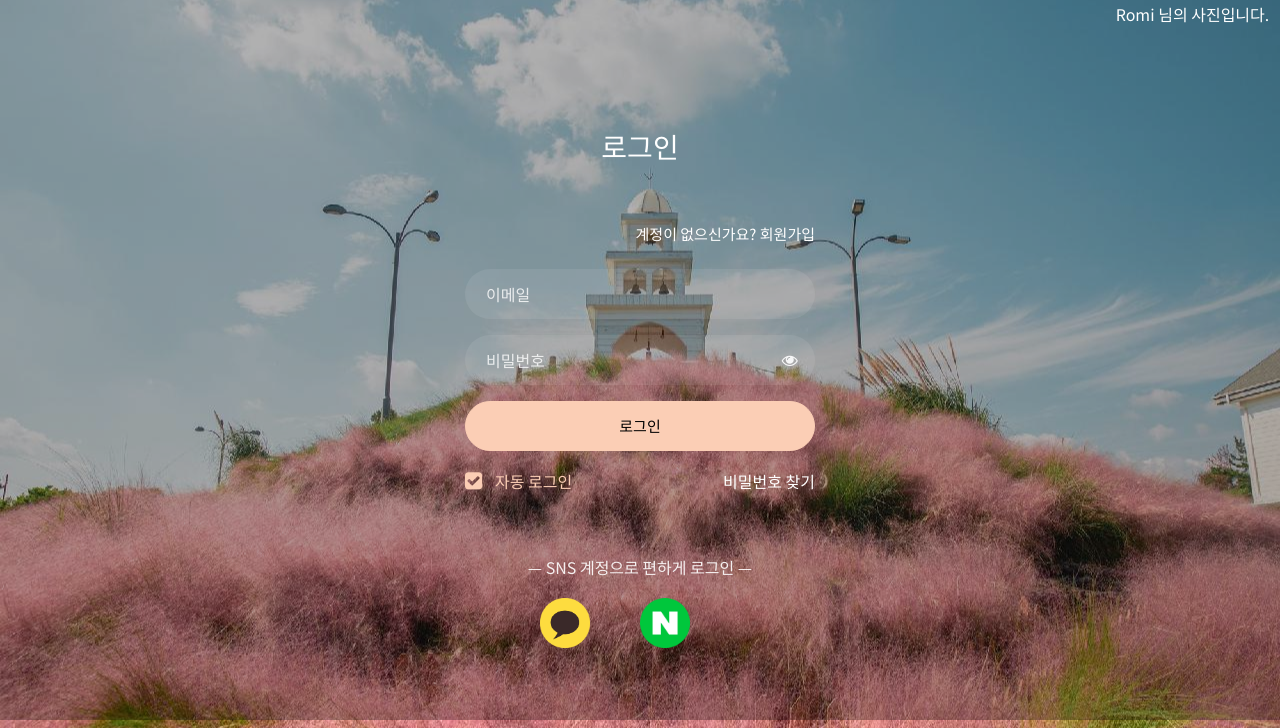
Repository: jangseohyun/LEGGO_2021
Page: http://localhost/PrjApp/Login.jsp
The author's editor kept a copy of each file at every save. The page is drawn from the files as they stood at one save, then again after the next save.
The browser window is 1280 px wide. The pictures show the whole page.
The page is served by Tomcat 9. Other server files are loaded and not shown.

Above is the page before, as saved 2021-06-28 11:15:16.

### PrjApp/WebContent/Login.jsp
<%@ page contentType="text/html; charset=UTF-8"%>
<%@ taglib prefix="c" uri="http://java.sun.com/jsp/jstl/core"%>
<%
	request.setCharacterEncoding("UTF-8");
	String cp = request.getContextPath();
%>
<!doctype html>
<html lang="en">
<head>
<title>Login</title>
<meta charset="utf-8">
<meta name="viewport"
	content="width=device-width, initial-scale=1, shrink-to-fit=no">
<link rel="preconnect" href="https://fonts.gstatic.com">
<link rel="preconnect" href="https://fonts.gstatic.com">
<link
	href="https://fonts.googleapis.com/css2?family=Noto+Sans+KR:wght@300;400&display=swap"
	rel="stylesheet">
<link
	href="https://fonts.googleapis.com/css?family=Lato:300,400,700&display=swap"
	rel="stylesheet">

<link rel="stylesheet"
	href="https://stackpath.bootstrapcdn.com/font-awesome/4.7.0/css/font-awesome.min.css">

<link rel="stylesheet" href="css/style.css">

<!-- 카카오 로그인 API -->
<script src="https://developers.kakao.com/sdk/js/kakao.min.js">
	Kakao.init("a76949096713e82c75fa45bdb32ebb4c");
</script>

<!-- 구글 로그인 API -->
<script src="https://apis.google.com/js/platform.js" async defer></script>
<meta name="google-signin-client_id" content="447693494839-5d859g9t2hvpdupbar05mii8a0c4ag1j.apps.googleusercontent.com">

<!-- 메일 전송 -->
<script type="text/javascript">
function send_mail(){
    window.open("./test_mail.jsp", "", "width=370, height=360, resizable=no, scrollbars=no, status=no");
}
</script>
</head>
<body class="img js-fullheight" style="background-image: url(images/jeju.png);">
<p class="userimg">Romi 님의 사진입니다.&nbsp;&nbsp;&nbsp;</p>
<div>
<table id="datatablesSimple">
</table>
</div>
<section class="ftco-section">
		<div class="container">
			<div class="row justify-content-center">
				<div class="col-md-6 text-center mb-5">
					<h2 class="heading-section">로그인</h2>
				</div>
			</div>
			<div class="row justify-content-center">
				<div class="col-md-6 col-lg-4">
					<div class="login-wrap p-0">
						<h3 class="mb-4" style="text-align: right; font-size: 15px; font-family: 'Noto Sans KR', sans-serif;" onclick="location.href='/PrjApp/Signin.jsp';">계정이 없으신가요? 회원가입</h3>
						<form action="#" class="signin-form">
							<div class="form-group">
								<input type="text" class="form-control" placeholder="이메일"
									required>
							</div>
							<div class="form-group">
								<input id="password-field" type="password" class="form-control"
									placeholder="비밀번호" required> <span
									toggle="#password-field"
									class="fa fa-fw fa-eye field-icon toggle-password"></span>
							</div>
							<div class="form-group">
								<button type="submit" class="form-control btn btn-primary submit px-3"
								style="font-family: 'Noto Sans KR', sans-serif;">로그인</button>
							</div>
							<div class="form-group d-md-flex">
								<div class="w-50">
									<label class="checkbox-wrap checkbox-primary" style="font-family: 'Noto Sans KR', sans-serif;">자동 로그인<input
										type="checkbox" checked> <span class="checkmark"></span>
									</label>
								</div>
								<div class="w-50 text-md-right">
									<a href="#" style="color: #fff; font-family: 'Noto Sans KR', sans-serif;" onclick="location.href='/PrjApp/FindPw.jsp';">비밀번호 찾기</a>
								</div>
							</div>
						</form>
						<br><p class="w-100 text-center" style="font-family: 'Noto Sans KR', sans-serif;">&mdash; SNS 계정으로 편하게 로그인 &mdash;</p>
						<div class="social d-flex">
							<div style="width: 100px;"><img src="images/kakao_login.png" width="50px"></div>
							<div style="width: 100px;"><img src="images/naver_login.png" width="50px" style="border-radius: 5px;"></div>
							<div class="googlelogin g-signin2" data-width="50" data-height="50" data-longtitle="true" data-onsuccess="onSignIn"></div>
						</div>
					</div>
				</div>
			</div>
		</div>
	</section>

	<script src="js/jquery.min.js"></script>
	<script src="js/popper.js"></script>
	<script src="js/bootstrap.min.js"></script>
	<script src="js/main.js"></script>

	<script>
        function onSignIn(googleUser) {
            // Useful data for your client-side scripts:
            var profile = googleUser.getBasicProfile();
            console.log("ID: " + profile.getId()); // Don't send this directly to your server!
            console.log('Full Name: ' + profile.getName());
            console.log('Given Name: ' + profile.getGivenName());
            console.log('Family Name: ' + profile.getFamilyName());
            console.log("Image URL: " + profile.getImageUrl());
            console.log("Email: " + profile.getEmail());

            // The ID token you need to pass to your backend:
            var id_token = googleUser.getAuthResponse().id_token;
            console.log("ID Token: " + id_token);
        };
    </script>


</body>
</html>

Loaded but not shown: PrjApp/WebContent/css/style.css (library); PrjApp/WebContent/js/jquery.min.js (library); PrjApp/WebContent/js/popper.js (library); PrjApp/WebContent/js/bootstrap.min.js (library); PrjApp/WebContent/js/main.js (common file)

After the next save:
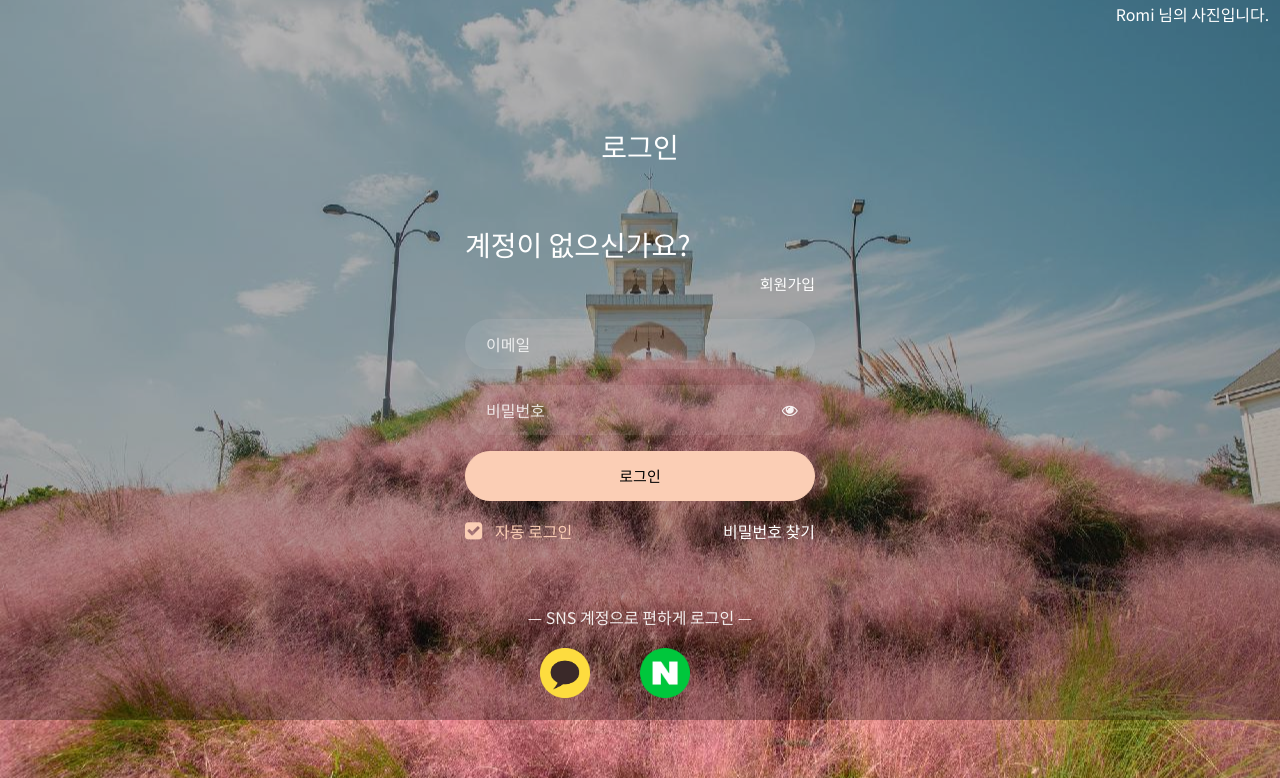
Saved 18 s later.
--- a/PrjApp/WebContent/Login.jsp
+++ b/PrjApp/WebContent/Login.jsp
@@ -57,7 +57,7 @@
 			<div class="row justify-content-center">
 				<div class="col-md-6 col-lg-4">
 					<div class="login-wrap p-0">
-						<h3 class="mb-4" style="text-align: right; font-size: 15px; font-family: 'Noto Sans KR', sans-serif;" onclick="location.href='/PrjApp/Signin.jsp';">계정이 없으신가요? 회원가입</h3>
+						<h3>계정이 없으신가요? </h3><h3 class="mb-4" style="text-align: right; font-size: 15px; font-family: 'Noto Sans KR', sans-serif;" onclick="location.href='/PrjApp/Signin.jsp';">회원가입</h3>
 						<form action="#" class="signin-form">
 							<div class="form-group">
 								<input type="text" class="form-control" placeholder="이메일"
